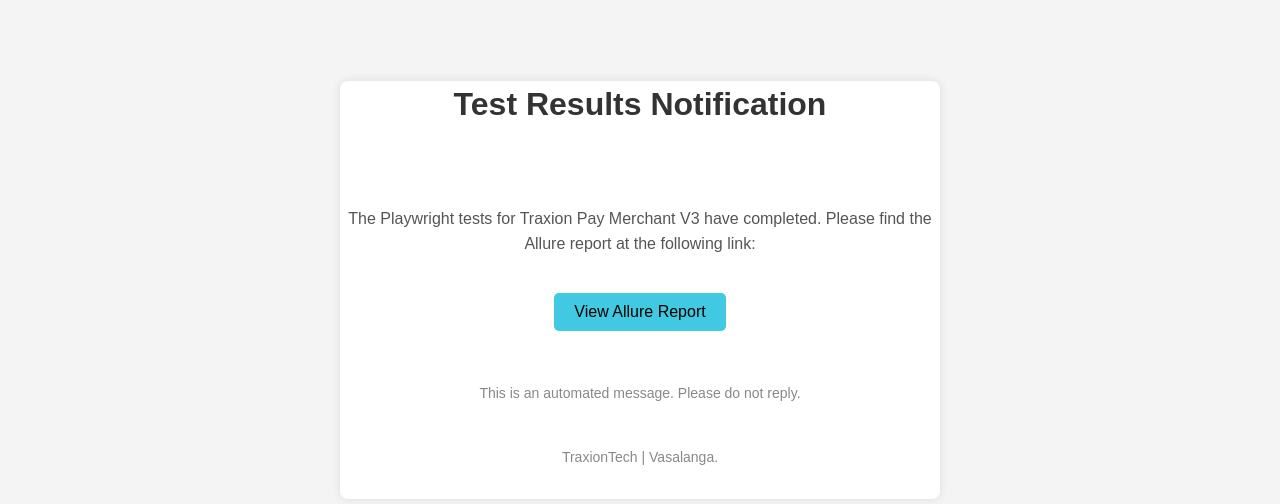
Repository: jmendozaqa24/TraxionPay-V3
Page: template.html
An editor plug-in stored every save of this project. The page is shown before and after the next save, followed by the edit.
The browser window is 1280 px wide. The pictures show the whole page.

Above is the page before, as saved 2025-01-31 10:02:04.

### template.html
<!DOCTYPE html>
            <html lang="en">
            <head>
                <meta charset="UTF-8">
                <meta name="viewport" content="width=device-width, initial-scale=1.0">
                <title>Test Results Notification</title>
            </head>
            <body style="font-family: Arial, sans-serif; background-color: #f4f4f4; margin: 50px 0; padding: 10px 0;">
                <div style="max-width: 600px; margin: 20px auto; background-color: #ffffff; padding-bottom: 20px; border-radius: 8px; box-shadow: 0 0 10px rgba(0, 0, 0, 0.1);">
                    <div style="text-align: center; padding-bottom: 20px;">
                        <h1 style="color: #333333; margin: 5; padding: 5px 0; ">Test Results Notification</h1>
                    </div>
                    <div style="text-align: center; padding: 20px 0;">
                        <p style="color: #555555; font-size: 16px; line-height: 1.6;">
                            The Playwright tests for Traxion Pay Merchant V3 have completed. Please find the Allure report at the following link:
                        </p>
                        <a href="https://dread-vin.github.io/TraxionPay-V3/"
                            style="display: inline-block; padding: 10px 20px; margin-top: 20px; font-size: 16px; color: #000000; background-color: #41C9E2; border-radius: 5px; text-decoration: none;">
                            View Allure Report
                        </a>
                    </div>
                    <div style="text-align: center; padding-top: 20px; font-size: 14px; color: #888888;">
                        <p>This is an automated message. Please do not reply.</p>
                    </div>
                    <div style="text-align: center; padding-top: 20px; font-size: 14px; color: #888888;">
                        <p>TraxionTech | Vasalanga.</p>
                    </div>
                </div>
            </body>
            </html>

After the next save:
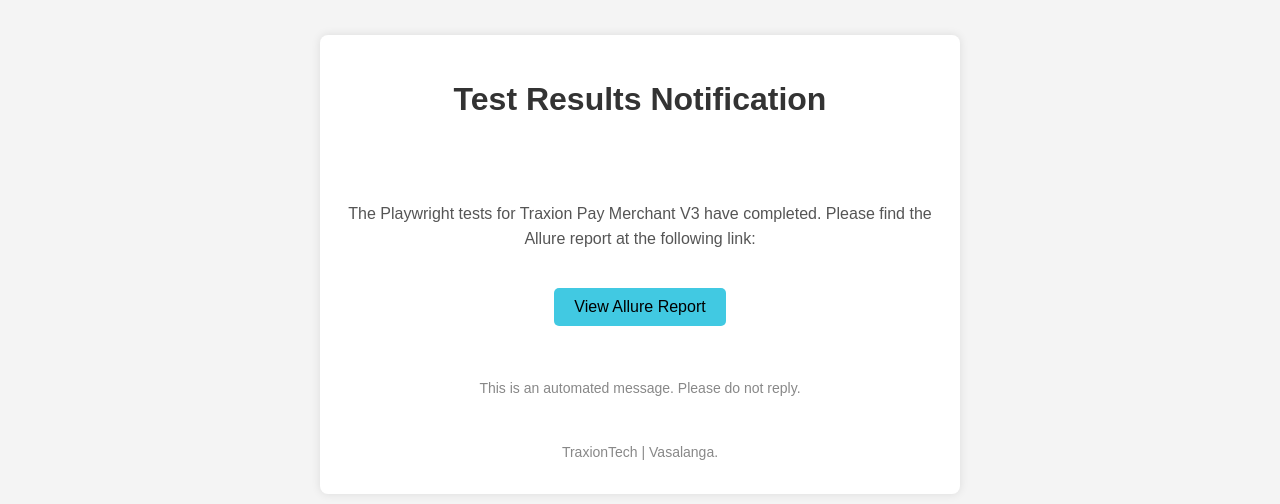
Saved 7 s later.
--- a/template.html
+++ b/template.html
@@ -5,8 +5,8 @@
                 <meta name="viewport" content="width=device-width, initial-scale=1.0">
                 <title>Test Results Notification</title>
             </head>
-            <body style="font-family: Arial, sans-serif; background-color: #f4f4f4; margin: 50px 0; padding: 10px 0;">
-                <div style="max-width: 600px; margin: 20px auto; background-color: #ffffff; padding-bottom: 20px; border-radius: 8px; box-shadow: 0 0 10px rgba(0, 0, 0, 0.1);">
+            <body style="font-family: Arial, sans-serif; background-color: #f4f4f4; margin: 5px 0; padding: 10px 0;">
+                <div style="max-width: 600px; margin: 20px auto; background-color: #ffffff; padding: 20px; border-radius: 8px; box-shadow: 0 0 10px rgba(0, 0, 0, 0.1);">
                     <div style="text-align: center; padding-bottom: 20px;">
                         <h1 style="color: #333333; margin: 5; padding: 5px 0; ">Test Results Notification</h1>
                     </div>
